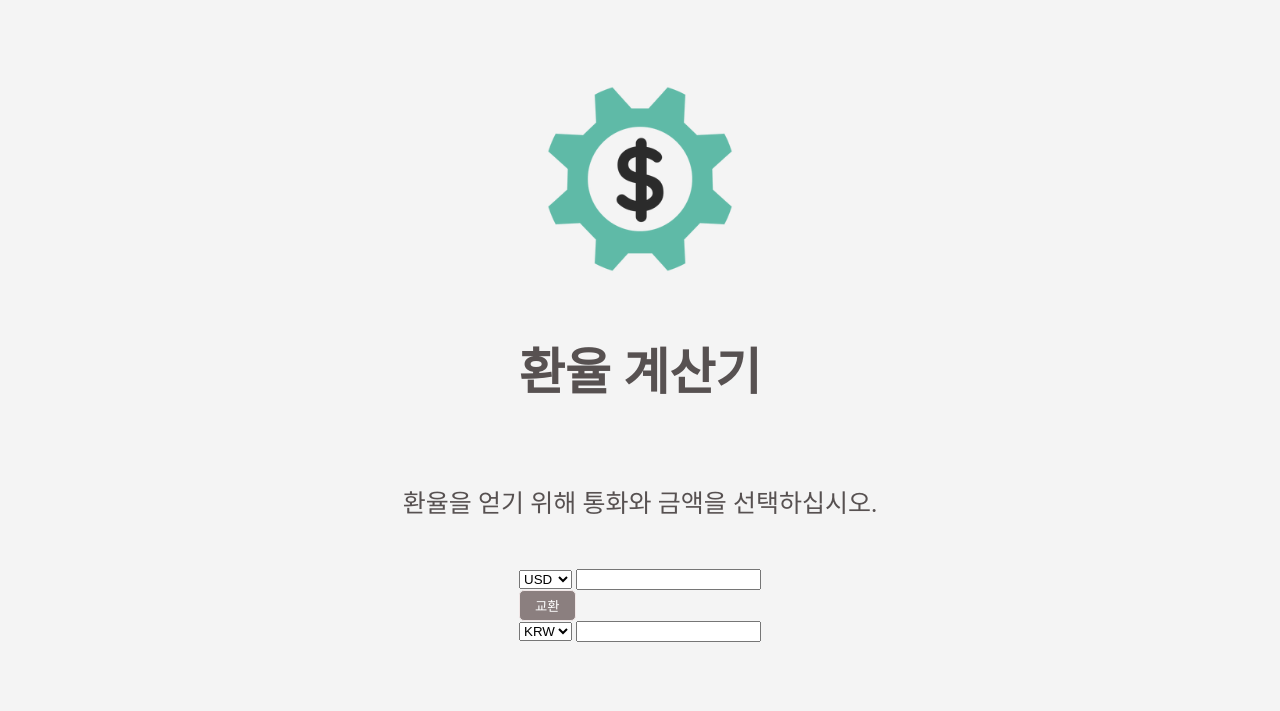
Repository: AbrorjonKuchkarov/exchange-rate
Page: index.html
An editor plug-in stored every save of this project. The page is shown before and after the next save, followed by the edit.
The browser window is 1280 px wide. The pictures show the whole page.

Above is the page before, as saved 2022-02-24 01:26:38.

### index.html
<!DOCTYPE html>
<html lang="en">
<head>
   <meta charset="UTF-8">
   <meta http-equiv="X-UA-Compatible" content="IE=edge">
   <meta name="viewport" content="width=device-width, initial-scale=1.0">
<link rel="stylesheet" href="style.css">
   <title>환율</title>
</head>
<body>
   <img src="img/money.png" alt="">
   <h1>환율 계산기 </h1>
   <p>환율을 얻기 위해 통화와 금액을 선택하십시오.</p>

   <div class="container">
      <div class="currency">
         <select id="selectOne">
            <option value="AED">AED</option>
            <option value="ARS">ARS</option>
            <option value="AUD">AUD</option>
            <option value="BGN">BGN</option>
            <option value="BRL">BRL</option>
            <option value="BSD">BSD</option>
            <option value="CAD">CAD</option>
            <option value="CHF">CHF</option>
            <option value="CLP">CLP</option>
            <option value="CNY">CNY</option>
            <option value="COP">COP</option>
            <option value="CZK">CZK</option>
            <option value="DKK">DKK</option>
            <option value="DOP">DOP</option>
            <option value="EGP">EGP</option>
            <option value="EUR">EUR</option>
            <option value="FJD">FJD</option>
            <option value="GBP">GBP</option>
            <option value="GTQ">GTQ</option>
            <option value="HKD">HKD</option>
            <option value="HRK">HRK</option>
            <option value="HUF">HUF</option>
            <option value="IDR">IDR</option>
            <option value="ILS">ILS</option>
            <option value="INR">INR</option>
            <option value="ISK">ISK</option>
            <option value="JPY">JPY</option>
            <option value="KRW">KRW</option>
            <option value="KZT">KZT</option>
            <option value="MXN">MXN</option>
            <option value="MYR">MYR</option>
            <option value="NOK">NOK</option>
            <option value="NZD">NZD</option>
            <option value="PAB">PAB</option>
            <option value="PEN">PEN</option>
            <option value="PHP">PHP</option>
            <option value="PKR">PKR</option>
            <option value="PLN">PLN</option>
            <option value="PYG">PYG</option>
            <option value="RON">RON</option>
            <option value="RUB">RUB</option>
            <option value="SAR">SAR</option>
            <option value="SEK">SEK</option>
            <option value="SGD">SGD</option>
            <option value="THB">THB</option>
            <option value="TRY">TRY</option>
            <option value="TWD">TWD</option>
            <option value="UAH">UAH</option>
            <option value="USD" selected>USD</option>
            <option value="UYU">UYU</option>
            <option value="VND">VND</option>
            <option value="ZAR">ZAR</option>
         </select>
         <input type="number" class="inputOne" >
      </div>

      <div class="swap">
         <button class="btn">교환</button>
         <div class="rate"></div>
      </div>

      <div class="currency">
         <select id="selectTwo">
         <option value="AED">AED</option>
         <option value="ARS">ARS</option>
         <option value="AUD">AUD</option>
         <option value="BGN">BGN</option>
         <option value="BRL">BRL</option>
         <option value="BSD">BSD</option>
         <option value="CAD">CAD</option>
         <option value="CHF">CHF</option>
         <option value="CLP">CLP</option>
         <option value="CNY">CNY</option>
         <option value="COP">COP</option>
         <option value="CZK">CZK</option>
         <option value="DKK">DKK</option>
         <option value="DOP">DOP</option>
         <option value="EGP">EGP</option>
         <option value="EUR">EUR</option>
         <option value="FJD">FJD</option>
         <option value="GBP">GBP</option>
         <option value="GTQ">GTQ</option>
         <option value="HKD">HKD</option>
         <option value="HRK">HRK</option>
         <option value="HUF">HUF</option>
         <option value="IDR">IDR</option>
         <option value="ILS">ILS</option>
         <option value="INR">INR</option>
         <option value="ISK">ISK</option>
         <option value="JPY">JPY</option>
         <option value="KRW" selected>KRW</option>
         <option value="KZT">KZT</option>
         <option value="MXN">MXN</option>
         <option value="MYR">MYR</option>
         <option value="NOK">NOK</option>
         <option value="NZD">NZD</option>
         <option value="PAB">PAB</option>
         <option value="PEN">PEN</option>
         <option value="PHP">PHP</option>
         <option value="PKR">PKR</option>
         <option value="PLN">PLN</option>
         <option value="PYG">PYG</option>
         <option value="RON">RON</option>
         <option value="RUB">RUB</option>
         <option value="SAR">SAR</option>
         <option value="SEK">SEK</option>
         <option value="SGD">SGD</option>
         <option value="THB">THB</option>
         <option value="TRY">TRY</option>
         <option value="TWD">TWD</option>
         <option value="UAH">UAH</option>
         <option value="USD">USD</option>
         <option value="UYU">UYU</option>
         <option value="VND">VND</option>
         <option value="ZAR">ZAR</option>
      </select>
      <input type="number" class="inputTwo" >
      </div>
   </div>




   <script src="app.js"></script>
</body>
</html>

### style.css
*{
   box-sizing: border-box;
}

body {
   margin: 0;
   display: flex;
   flex-direction: column;
   align-items: center;
   justify-content: center;
   height: 100vh;
   background-color: #f4f4f4;
   padding: 10px;
}

img {
   width: 200px;
}

h1{
   font-size: 50px;
   color: #575151;
   padding: 20px 0;
}

p{
   color: #575151;
   font-size: 25px;
   padding-bottom: 25px;
}

.btn{
   padding: 5px 15px;
   border-radius: 5px;
   border: 1px solid #f0e6e6;
   background-color: #8b7f7f;
   color: #fff;
   cursor: pointer;
}

.currency {

   align-items: center;
   flex-direction: column;
   justify-content: space-between;
}

Loaded but not shown: app.js (no copy from this time; the picture is the same without it)

After the next save:
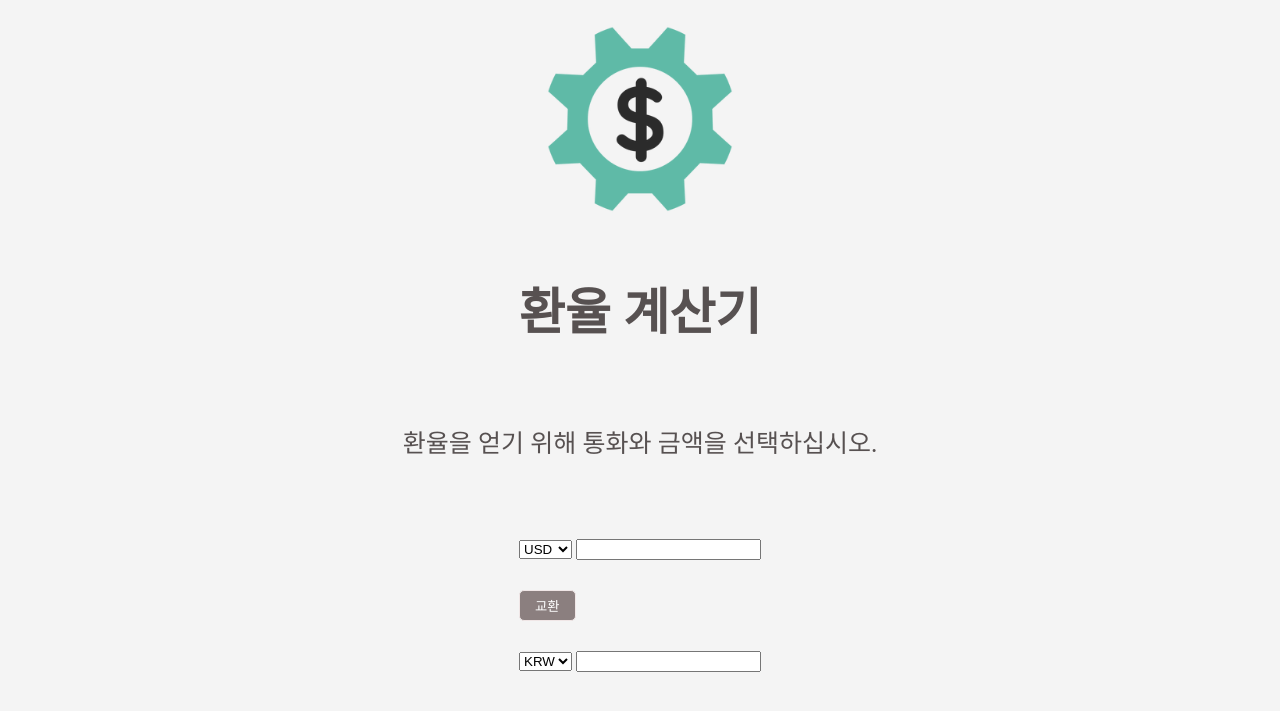
Saved 36 s later.
--- a/style.css
+++ b/style.css
@@ -39,7 +39,7 @@ p{
 }
 
 .currency {
-
+   margin: 30px 0;
    align-items: center;
    flex-direction: column;
    justify-content: space-between;
